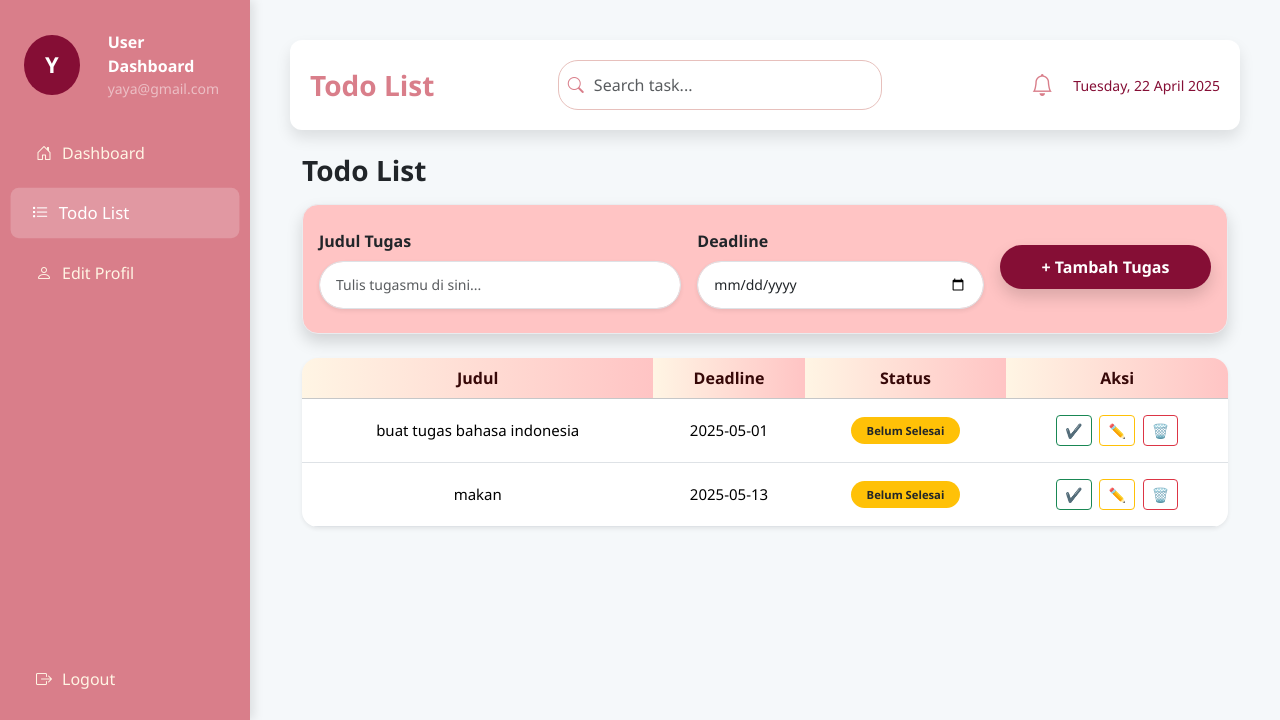
Repository: zhr-nabila/FloTime
Page: http://localhost/todo.php
The author's editor kept a copy of each file at every save. The page is drawn from the files as they stood at one save, then again after the next save.
The browser window is 1280 px wide. The pictures show the whole page.
The page is run by PHP 8.4 with error messages shown; the project is at /var/www/html/. The session is filled in as if someone had signed in: {"email": "yaya@gmail.com", "status": "login", "user_id": 2}. Other server files are loaded and not shown. The database holds what the project's SQL file puts in it.

Above is the page before, as saved 2025-04-23 12:31:30.

### todo.php
<?php
session_start();
require 'koneksi.php';

if (!isset($_SESSION['status']) || $_SESSION['status'] != "login") {
    header("Location: login.php");
    exit();
}

$user_id = $_SESSION['user_id'];
$email = $_SESSION['email'];
$search = $_GET['search'] ?? '';

// Tambah task
if (isset($_POST['add_task'])) {
    $title = $_POST['title'];
    $deadline = $_POST['deadline'];
    $created_at = date('Y-m-d H:i:s');

    $stmt = $conn->prepare("INSERT INTO todos (user_id, title, status, deadline, created_at) VALUES (?, ?, 'pending', ?, ?)");
    $stmt->bind_param("isss", $user_id, $title, $deadline, $created_at);
    $stmt->execute();
    $stmt->close();

    header("Location: todo.php");
    exit();
}

// Centang task
if (isset($_GET['done'])) {
    $task_id = $_GET['done'];
    $conn->query("UPDATE todos SET status='completed' WHERE id=$task_id AND user_id=$user_id");
    header("Location: todo.php");
    exit();
}

// Hapus task
if (isset($_GET['delete'])) {
    $task_id = $_GET['delete'];
    $conn->query("DELETE FROM todos WHERE id=$task_id AND user_id=$user_id");
    header("Location: todo.php");
    exit();
}

// Ambil data tugas
$searchSql = !empty($search) ? "AND title LIKE '%$search%'" : "";
$sql = "SELECT * FROM todos WHERE user_id = $user_id $searchSql ORDER BY deadline ASC";
$result = $conn->query($sql);

if (!$result) {
    die("Query gagal: " . $conn->error);
}
?>

<!DOCTYPE html>
<html lang="en">

<head>
    <meta charset="UTF-8">
    <title>Todo List</title>
    <link href="https://cdn.jsdelivr.net/npm/bootstrap@5.3.3/dist/css/bootstrap.min.css" rel="stylesheet">
    <link href="https://cdn.jsdelivr.net/npm/bootstrap-icons@1.10.5/font/bootstrap-icons.css" rel="stylesheet">
    <link rel="stylesheet" href="css/style.css">
</head>

<body>

    <div class="sidebar d-flex flex-column">
        <div class="px-4 d-flex align-items-center mb-4">
            <div class="user-avatar"><?= strtoupper(substr($email, 0, 1)) ?></div>
            <div class="ms-2">
                <div class="fw-semibold">User Dashboard</div>
                <div class="small text-white-50"><?= htmlspecialchars($email) ?></div>
            </div>
        </div>
        <nav class="nav flex-column px-3">
            <a class="nav-link" href="dashboard.php"><i class="bi bi-house-door"></i> Dashboard</a>
            <a class="nav-link active" href="todo.php"><i class="bi bi-list-task"></i> Todo List</a>
            <a class="nav-link" href="profile.php"><i class="bi bi-person"></i> Edit Profil</a>
            <a class="nav-link logout" href="logout.php"><i class="bi bi-box-arrow-right"></i> Logout</a>
        </nav>
    </div>

    <div class="main-content">
        <div class="header">
            <div class="title">Todo List</div>
            <div class="search-bar">
                <form method="GET" action="todo.php" class="d-flex">
                    <input type="text" name="search" class="form-control" placeholder="Search task..." value="<?= htmlspecialchars($search) ?>">
                    <button type="submit" class="btn"><i class="bi bi-search"></i></button>
                </form>
            </div>
            <div class="notifications">
                <i class="bi bi-bell"></i>
                <div class="date"><?= date('l, d F Y') ?></div>
            </div>
        </div>

        <div class="container mt-4">
            <h3 class="mb-3 fw-bold">Todo List</h3>
            <form method="POST" class="mb-4 px-3 py-4 rounded-4 shadow border border-light-subtle premium-form">
                <div class="row align-items-end g-3">
                    <div class="col-md-5">
                        <label class="form-label fw-semibold">Judul Tugas</label>
                        <input type="text" name="title" class="form-control form-control-sm rounded-5 shadow-sm" placeholder="Tulis tugasmu di sini..." required>
                    </div>
                    <div class="col-md-4">
                        <label class="form-label fw-semibold">Deadline</label>
                        <input type="date" name="deadline" class="form-control form-control-sm rounded-5 shadow-sm" required>
                    </div>
                    <div class="col-md-3 d-grid">
                        <button type="submit" name="add_task" class="btn btn-gradient shadow fw-semibold rounded-5">+ Tambah Tugas</button>
                    </div>
                </div>
            </form>


            <?php if ($result->num_rows > 0): ?>
                <div class="table-responsive shadow-sm rounded-4 overflow-hidden">
                    <table class="table table-hover align-middle mb-0 premium-table">
                        <thead class="table-light text-center">
                            <tr>
                                <th>Judul</th>
                                <th>Deadline</th>
                                <th>Status</th>
                                <th>Aksi</th>
                            </tr>
                        </thead>
                        <tbody>
                            <?php while ($row = $result->fetch_assoc()): ?>
                                <tr>
                                    <td><?= htmlspecialchars($row['title']) ?></td>
                                    <td><?= htmlspecialchars($row['deadline']) ?></td>
                                    <td class="text-center">
                                        <?php
                                        if ($row['status'] == 'completed') {
                                            echo "<span class='badge rounded-pill text-bg-success px-3 py-2'>Selesai</span>";
                                        } elseif (date('Y-m-d') > $row['deadline']) {
                                            echo "<span class='badge rounded-pill text-bg-danger px-3 py-2'>Terlambat</span>";
                                        } else {
                                            echo "<span class='badge rounded-pill text-bg-warning text-dark px-3 py-2'>Belum Selesai</span>";
                                        }
                                        ?>
                                    </td>
                                    <td class="text-center">
                                        <?php if ($row['status'] != 'completed'): ?>
                                            <a href="?done=<?= $row['id'] ?>" class="btn btn-outline-success btn-sm me-1">✔️</a>
                                        <?php endif; ?>
                                        <a href="edit_task.php?id=<?= $row['id'] ?>" class="btn btn-outline-warning btn-sm me-1">✏️</a>
                                        <a href="?delete=<?= $row['id'] ?>" onclick="return confirm('Hapus tugas ini?')" class="btn btn-outline-danger btn-sm">🗑️</a>
                                    </td>
                                </tr>
                            <?php endwhile; ?>
                        </tbody>
                    </table>
                </div>
            <?php else: ?>
                <p class="text-muted mt-4 text-center">✨ Tidak ada tugas ditemukan. Buat yang baru, yuk!</p>
            <?php endif; ?>

        </div>
    </div>

</body>

</html>

### koneksi.php
<?php
$host = "localhost";
$user = "root";
$pass = "";
$db = "todolist"; // Nama database kamu

$conn = mysqli_connect($host, $user, $pass, $db);

// Cek koneksi
if (!$conn) {
    die("Koneksi gagal: " . mysqli_connect_error());
}
?>

### css/style.css
@import url('https://fonts.googleapis.com/css2?family=Poppins:wght@500&display=swap');

:root {
    --c0: #ffffff;
    --c1: #E3919F;
    --c2: #E7C0BC;
    --c3: #370808;
    --c4: #D97E8A;
    --c5: #EC9FAB;
    --c6: #000000;
    /* gradient */
    --c7: #850e35;
    --c8: #ee6983;
    --c9: #ffc4c4;
    --c10: #fff5e4;
    --c11: #d1d5db;
}

body {
    background: #f5f8fa;
    font-family: 'Segoe UI', sans-serif;
    margin: 0;
    padding: 0;
    overflow: hidden;
}

html, body {
    height: 100%;
}


::-webkit-scrollbar {
    display: none;
}

.main-content {
    margin-left: 250px;
    padding: 40px;
    height: 100vh;
    overflow-y: auto;
}


.sidebar {
    height: 100vh;
    background: var(--c4);
    color: var(--c0);
    padding-top: 30px;
    position: fixed;
    width: 250px;
    transition: all 0.3s;
    box-shadow: 4px 0 10px rgba(0, 0, 0, 0.1);
}

.sidebar .nav-link {
    color: var(--c10);
    padding: 12px 20px;
    margin: 6px 0;
    border-radius: 8px;
    display: flex;
    align-items: center;
    gap: 10px;
    transition: all 0.3s ease;
    font-size: 16px;
}

.sidebar .nav-link:hover,
.sidebar .nav-link.active {
    background-color: rgba(255, 255, 255, 0.2);
    color: var(--c0);
    transform: scale(1.05);
}

.sidebar .nav-link.logout {
    color: var(--c10);
    padding: 12px 20px;
    margin: 22rem 0;
    border-radius: 8px;
    display: flex;
    align-items: center;
    gap: 10px;
    transition: all 0.3s ease;
    font-size: 16px;
}

.sidebar .nav-link.logout:hover {
    background-color: rgba(255, 255, 255, 0.2);
    color: var(--c0);
    transform: scale(1.05);
}

.main-content {
    margin-left: 250px;
    padding: 40px;
}

.header {
    display: flex;
    justify-content: space-between;
    align-items: center;
    padding: 20px;
    background: var(--c0);
    border-radius: 12px;
    box-shadow: 0 8px 15px rgba(0, 0, 0, 0.1);
    margin-bottom: 20px;
}

.header .title {
    font-size: 28px;
    font-weight: bold;
    color: var(--c4);
}

.header .search-bar {
    position: relative;
    width: 350px;
}

.header .search-bar input {
    width: 100%;
    padding: 12px 40px 12px 35px;
    border-radius: 20px;
    border: 1px solid var(--c2);
    font-size: 16px;
    transition: border 0.3s;
}

.header .search-bar input:focus {
    border: 1px solid var(--c4);
    outline: none;
}

.header .search-bar i {
    position: absolute;
    top: 50%;
    left: 10px;
    transform: translateY(-50%);
    color: var(--c4);
}

.header .notifications {
    display: flex;
    align-items: center;
    gap: 20px;
}

.header .notifications .bi {
    font-size: 22px;
    cursor: pointer;
    color: var(--c4);
    transition: color 0.3s;
}

.header .notifications .bi:hover {
    color: var(--c7);
}

.card-welcome {
    background: linear-gradient(135deg, var(--c9), var(--c10));
    border-radius: 16px;
    box-shadow: 0 15px 30px rgba(0, 0, 0, 0.1);
    padding: 30px;
    animation: fadeIn 0.6s ease;
    margin-bottom: 30px;
    color: var(--c7);
    border: none;
}

.user-avatar {
    width: 60px;
    height: 60px;
    background-color: var(--c7);
    color: var(--c0);
    font-weight: bold;
    border-radius: 50%;
    display: flex;
    align-items: center;
    justify-content: center;
    margin-right: 20px;
    font-size: 22px;
    transition: background-color 0.3s ease;
}

.user-avatar:hover {
    background-color: var(--c3);
}

.date {
    font-size: 14px;
    color: var(--c7);
}

@keyframes fadeIn {
    from {opacity: 0; transform: translateY(20px);}
    to {opacity: 1; transform: translateY(0);}
}

/* Mobile Responsiveness */
@media (max-width: 768px) {
    .sidebar {
        width: 200px;
    }

    .main-content {
        margin-left: 200px;
    }

    .header .title {
        font-size: 24px;
    }

    .header .search-bar {
        width: 250px;
    }
}

/* todo */

/* todo */

.premium-form {
    background-color: var(--c9);
    border: 2px solid var(--c2);
    border-radius: 12px;
}

.btn-gradient {
    background-color: var(--c7);
    color: white;
    border: none;
    transition: 0.3s ease;
    margin-bottom: 20px;
    border-radius: 10px;
    padding: 10px 10px;
}

.btn-gradient:hover {
    transform: scale(1.02);
    background-color: var(--c8);
    color: var(--c0);
    box-shadow: 0 4px 8px rgba(0, 0, 0, 0.15); /* Memberikan efek bayangan yang lebih soft */
}

.form-control-sm {
    font-size: 14px; /* Ukuran font yang lebih kecil */
    padding: 0.8rem 1rem; /* Mengatur ukuran padding input agar lebih kecil */
    border-radius: 8px; /* Membuat sudut input lebih melengkung */
}

.premium-table th {
    font-weight: 600;
    background: linear-gradient(to right, var(--c10), var(--c9));
    color: var(--c3);
}

.premium-table td {
    vertical-align: middle;
    padding-top: 16px;
    padding-bottom: 16px;
    font-size: 15px;
}

.table-hover tbody tr:hover {
    background-color: #fdf2f2;
    transition: 0.3s;
}

.table td,
.table th {
    text-align: center;
}

### todolist.sql (the tables this page reads)
CREATE TABLE `todos` (
  `id` int(11) NOT NULL,
  `user_id` int(11) NOT NULL,
  `title` varchar(255) NOT NULL,
  `status` enum('pending','completed') DEFAULT 'pending',
  `deadline` date DEFAULT NULL,
  `created_at` timestamp NOT NULL DEFAULT current_timestamp()
) ENGINE=InnoDB DEFAULT CHARSET=utf8mb4 COLLATE=utf8mb4_general_ci;

INSERT INTO `todos` (`id`, `user_id`, `title`, `status`, `deadline`, `created_at`) VALUES
(2, 2, 'buat tugas bahasa indonesia', 'pending', '2025-05-01', '2025-05-15 17:11:25'),
(5, 2, 'makan', 'pending', '2025-05-13', '2025-05-21 19:26:13');

ALTER TABLE `todos`
  ADD PRIMARY KEY (`id`),
  ADD KEY `user_id` (`user_id`);

ALTER TABLE `todos`
  MODIFY `id` int(11) NOT NULL AUTO_INCREMENT, AUTO_INCREMENT=6;

ALTER TABLE `todos`
  ADD CONSTRAINT `todos_ibfk_1` FOREIGN KEY (`user_id`) REFERENCES `users` (`id`);

After the next save:
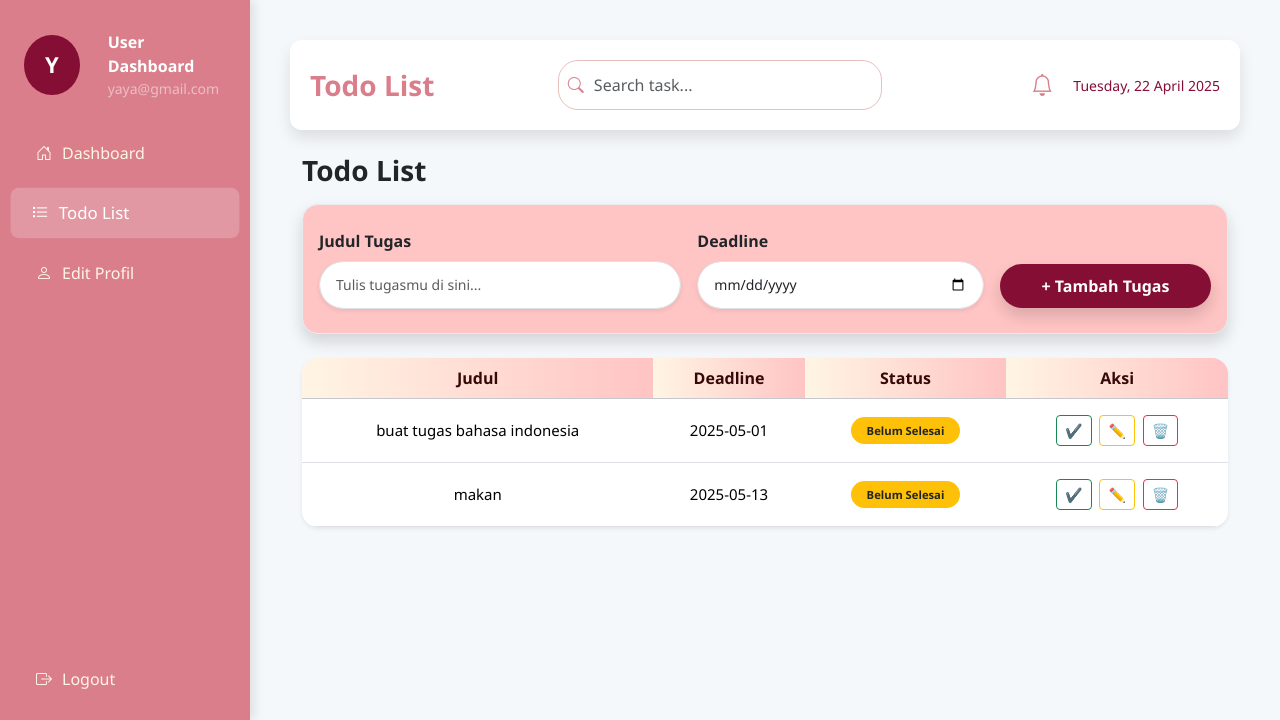
Saved 6 s later.
--- a/css/style.css
+++ b/css/style.css
@@ -229,7 +229,7 @@ html, body {
     color: white;
     border: none;
     transition: 0.3s ease;
-    margin-bottom: 20px;
+    margin-bottom: 1px;
     border-radius: 10px;
     padding: 10px 10px;
 }
